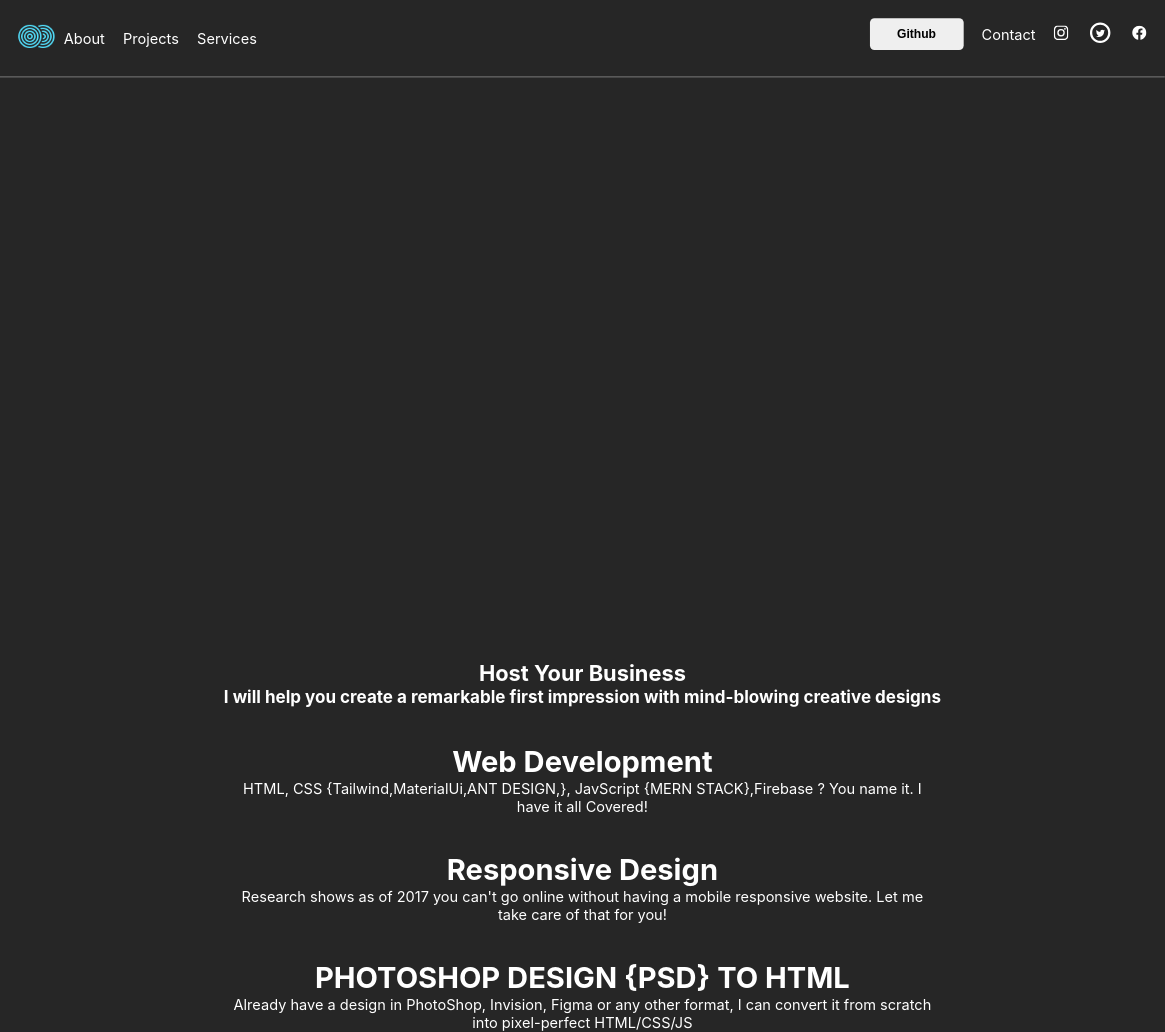
Repository: uh-sman/Portfolio
Page: /services
The author's editor kept a copy of each file at every save. The page is drawn from the files as they stood at one save, then again after the next save.
The browser window is 1280 px wide. The pictures show the whole page, at 91% of full size.
The project was rebuilt for these pictures with package versions that can differ from the ones it lists, and the page was loaded fresh each time. Also part of the build but not shown: src/components/about.css, src/components/repositories.css, src/components/repositories.js, src/components/RepositoriesCard.jsx, src/components/About.jsx, src/components/projects.css, src/components/Projects.jsx.

Above is the page before, as saved 2022-11-28 05:14:57.

After the next save:
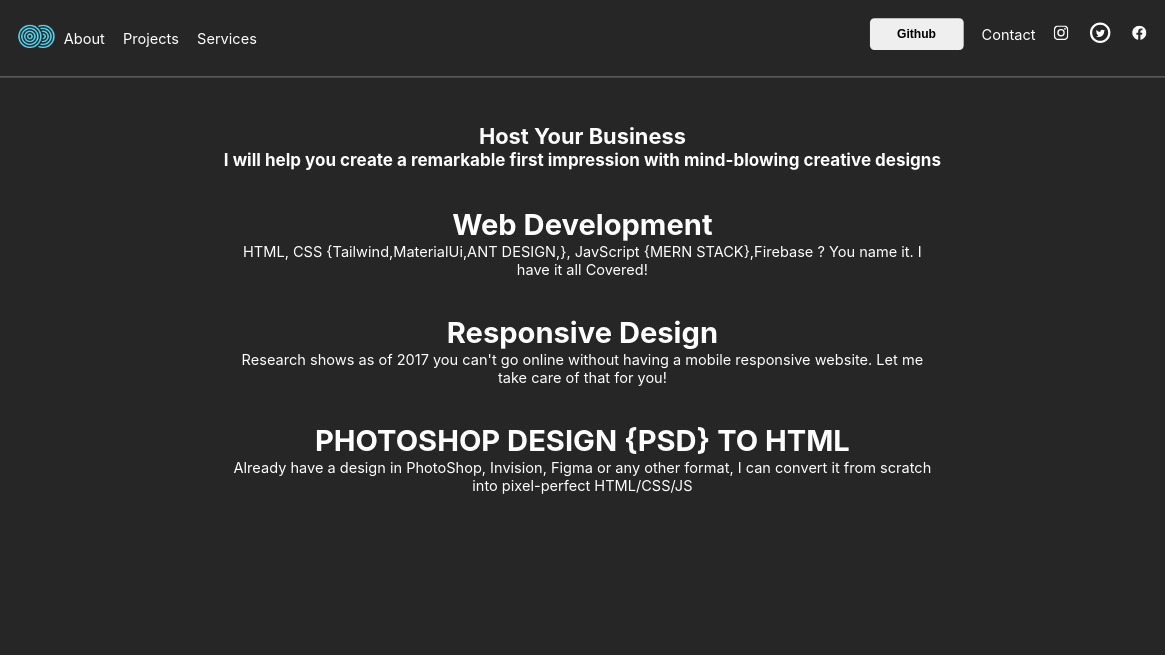
Saved 15 s later.
--- a/src/components/services.css
+++ b/src/components/services.css
@@ -7,7 +7,7 @@
 .header {
 }
 .containers {
-  padding-top: 50%;
+  padding-top: 50px;
   color: white;
   text-align: center;
   gap: 40px;
